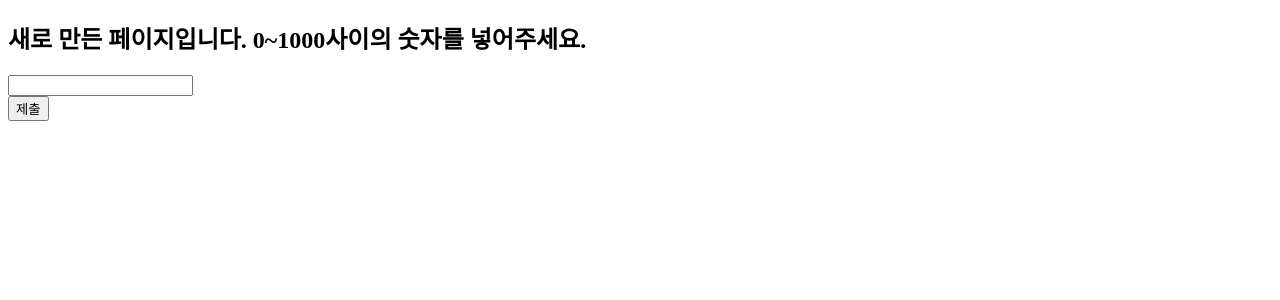
Repository: pearlgate/homework
Page: http://localhost/randomNum/jspRandom.jsp
An editor plug-in stored every save of this project. The page is shown before and after the next save, followed by the edit.
The browser window is 1280 px wide. The pictures show the whole page.
The page is served by Tomcat 9.

Above is the page before, as saved 2021-02-25 06:42:54.

After the next save:
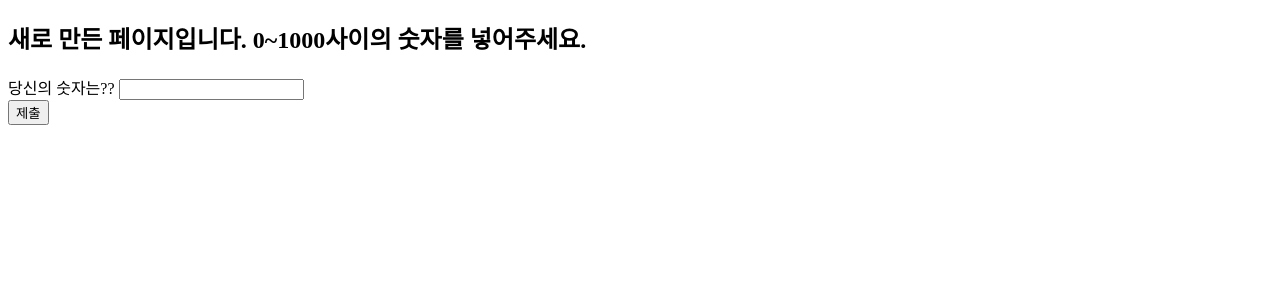
Saved 65 s later.
--- a/Noh/JAVA/Servlet jsp/servlet_workspace/randomNum/WebContent/jspRandom.jsp
+++ b/Noh/JAVA/Servlet jsp/servlet_workspace/randomNum/WebContent/jspRandom.jsp
@@ -18,8 +18,8 @@
 <div>
 
 	  <h2>새로 만든 페이지입니다. <%=minNum %>~<%=maxNum %>사이의 숫자를 넣어주세요.</h2>
-		<form action="guess-number">
-			<label></label><input type="text" name=""><br>
+		<form action=" ">
+			<label>당신의 숫자는?? </label><input type="text" name=" "><br>
 			<input type="submit" value="제출">
 		</form>
 	</div>
